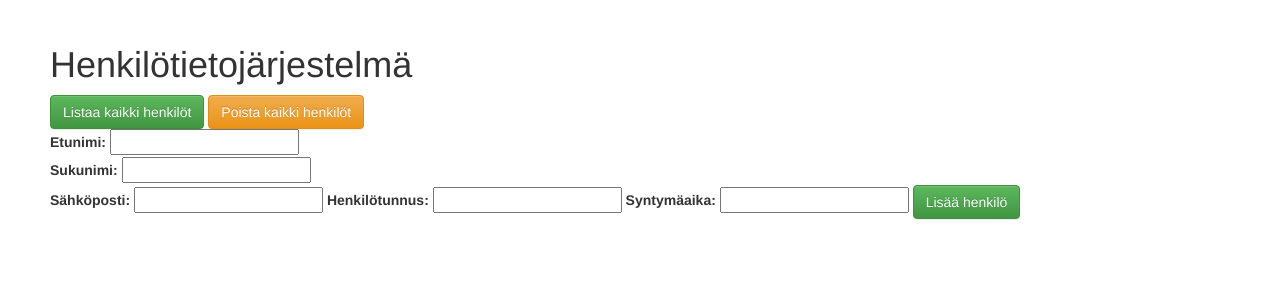
Repository: kuoppal3/henkilotietojarjestelma
Page: http://localhost/
The author's editor kept a record of every edit. The page is drawn from the files as they stood at one moment, then again after the next edit.
The browser window is 1280 px wide. The pictures show the whole page.
The page is served by the project's Node server (server.js).

Above is the page before.
Console error (its wording comes from the project's code and is left out).

After the next edit:
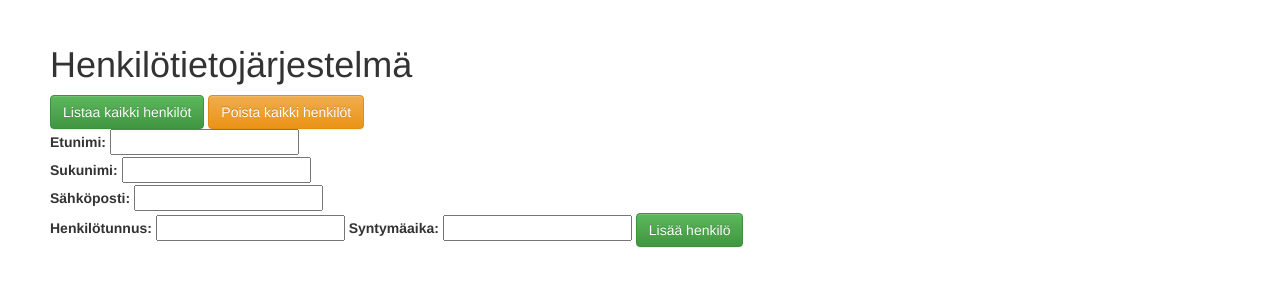
The edit:
--- a/views/index.ejs
+++ b/views/index.ejs
@@ -14,7 +14,7 @@
             <input type="sukunimi"> <br>
 
             <label for="">Sähköposti:</label>
-            <input type="sähköposti" class="form-group">
+            <input type="sähköposti"> <br>
 
             <label for="henkilotunnus">Henkilötunnus:</label>
             <input type="henkilotunnus" class="form-group">
